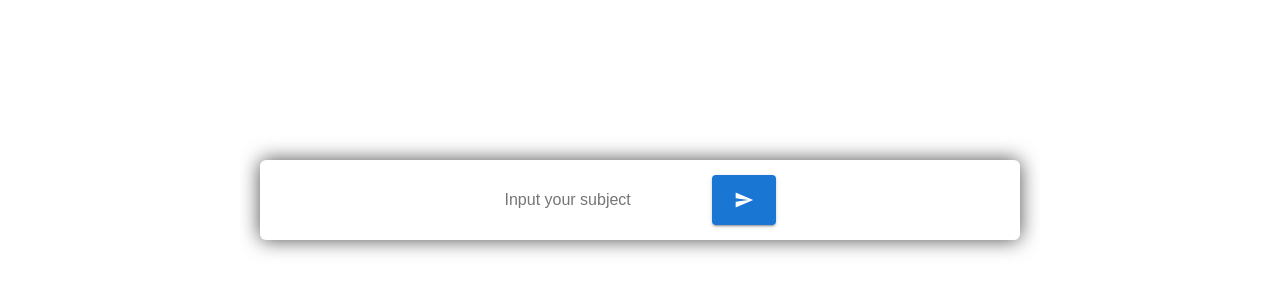
Repository: thienv29/todolist
Page: /
These files come from the project's save history. The page is drawn as it stood at one moment and after the next save; the edit follows.
The browser window is 1280 px wide. The pictures show the whole page.
The project was rebuilt for these pictures with package versions that can differ from the ones it lists, and the page was loaded fresh each time. Also part of the build but not shown: src/components/TodoEditing.js, src/components/Todo.js.

Above is the page before, as saved 2021-10-22 17:14:04.

### public/index.html
<!DOCTYPE html>
<html lang="en">
    <head>
        <meta charset="utf-8" />
        <link rel="icon" href="%PUBLIC_URL%/favicon.ico" />
        <meta name="viewport" content="width=device-width, initial-scale=1" />
        <meta name="theme-color" content="#000000" />
        <meta name="description" content="Web site created using create-react-app" />
        <link rel="apple-touch-icon" href="%PUBLIC_URL%/logo192.png" />
        <!--
      manifest.json provides metadata used when your web app is installed on a
      user's mobile device or desktop. See https://developers.google.com/web/fundamentals/web-app-manifest/
    -->
        <link rel="manifest" href="%PUBLIC_URL%/manifest.json" />
        <!--
      Notice the use of %PUBLIC_URL% in the tags above.
      It will be replaced with the URL of the `public` folder during the build.
      Only files inside the `public` folder can be referenced from the HTML.

      Unlike "/favicon.ico" or "favicon.ico", "%PUBLIC_URL%/favicon.ico" will
      work correctly both with client-side routing and a non-root public URL.
      Learn how to configure a non-root public URL by running `npm run build`.
    -->
        <link
            rel="stylesheet"
            href="https://fonts.googleapis.com/css?family=Roboto:300,400,500,700&display=swap"
        />
        <title>React App</title>
    </head>
    <body>
        <noscript>You need to enable JavaScript to run this app.</noscript>
        <div id="root"></div>
        <!--
      This HTML file is a template.
      If you open it directly in the browser, you will see an empty page.

      You can add webfonts, meta tags, or analytics to this file.
      The build step will place the bundled scripts into the <body> tag.

      To begin the development, run `npm start` or `yarn start`.
      To create a production bundle, use `npm run build` or `yarn build`.
    --></body>
</html>

### src/index.js
import React from "react";
import ReactDOM from "react-dom";
import App from "./App";
import "./style.scss";
import store from "./redux/store";
import { Provider } from "react-redux";

ReactDOM.render(
    <Provider store={store}>
        <React.StrictMode>
            <App />
        </React.StrictMode>
    </Provider>,
    document.getElementById("root")
);

### src/App.js
import React from "react";
import TodoList from "./components/TodoList.js";
import Input from "./components/Input.js";
import {Toaster} from 'react-hot-toast'
import Grid from "@mui/material/Grid";
export default function App() {
    return (
        <Grid className="main">
            <Input />
            <TodoList />
                <Toaster position="top-center" reverseOrder={false} />
        </Grid>
    );
}

### src/style.scss
*{
    margin: 0;
    padding: 0;
    box-sizing: border-box;
    font-family: Arial, Helvetica, sans-serif;
}
body{
    width: 100%;
    height: 100vh;
    display: flex;
    justify-content: center;
}
.main{
    width: 800px;
    height: 100%;
    padding-top: 20%;
    padding-left: 20px;
    padding-right: 20px;
    overflow: hidden;
}
.todolist{
    transition: .5s ease-in ;
}
.inputTodo{
    width: 100%;
    background-color: white;
    height: 80px;
    position: relative;
    display: flex;
    justify-content: center;
    align-items: center;
    padding: 0px 20px;
    border-radius: 6px;
    box-shadow: 0px 0px 20px rgba($color: #000000, $alpha: 0.7);
    margin-bottom: 30px;
    .inputdiv{

        height: 100%;
    }
    .input{
        width: 100%;
        height: 100%;
        border: none;
        outline: none;
        font-size: medium;

    }
    .inputTime{
        position: absolute;
    }
    .MuiButton-root.MuiButton-contained.MuiButton-containedPrimary.MuiButton-sizeMedium.MuiButton-containedSizeMedium.MuiButtonBase-root.css-sghohy-MuiButtonBase-root-MuiButton-root{
        height: 50px;
    }
    .MuiButton-endIcon.MuiButton-iconSizeMedium.css-9tj150-MuiButton-endIcon{
        padding: 0;
        margin: 0;
    }
    .MuiGrid-root.MuiGrid-item.MuiGrid-grid-xs-2.css-a0vo9r-MuiGrid-root
    {
        text-align: right;
    }
}
.todo{
    width: 100%;
    height: 60px;
    background-color: white;
    margin: 10px 0px;
    display: flex;
    align-items: center;
    justify-content: space-between;
    padding: 0px 20px;
    box-shadow: 0px 0px 20px rgba($color: #000000, $alpha: 0.7);
    border-radius: 6px;
    .tododivleft{
        align-items: center;
        display: flex;
    }
}

.todo {
    transform: translateX(200%);
    animation:
        openspace .3s ease forwards,
        restored-item-animation .5s .3s cubic-bezier(.14,.25,.52,1.56) forwards;
}

@keyframes openspace {
    to {
        height: 60px;
    }
}

@keyframes restored-item-animation {
    0% {
        opacity: 0;
         transform: translateX(100%);
    }

    70% {
        opacity: 1;
        transform: translateX(-50px);
    }

    100% {
        opacity: 1;
        transform: translateX(0);
    }
}
.todo.removed-item {
    animation: removed-item-animation .6s cubic-bezier(.65,-0.02,.72,.29);
}

@keyframes removed-item-animation {
   0% {
        opacity: 1;
        transform: translateX(0);
    }

    30% {
        opacity: 1;
        transform: translateX(50px);
    }

    80% {
        opacity: 1;
        transform: translateX(-800px);
    }

    100% {
        opacity: 0;
        transform: translateX(-800px);
    }
}
.tododivright{
    display: flex;
    align-items: center;
}

### src/redux/store.js
import { createStore } from "redux";
import reducers from "./reducers";
const store = createStore(reducers)
export default store;

### src/components/TodoList.js
import React, {  useEffect } from "react";
import Todo from "./Todo.js";
import {  useSelector } from "react-redux";
import _ from "underscore";
import { saveList } from "../redux/actions/index.js";
import { useDispatch } from "react-redux";
export default function TodoList() {
    const ListTodo = useSelector((state) => state.listTodo, _.isEqual);
    const dispatch = useDispatch()
    useEffect(() => {
        console.log(ListTodo);
        dispatch(saveList())
    }, [ListTodo]);
    return (
        <div className='todolist'>
            {ListTodo.map((TodoChild) => {
                return (
                    <Todo key={TodoChild.id} Todo={TodoChild}  />
                );
            })}
        </div>
    );
}

### src/components/Input.js
import React from "react";
import DateTimePicker from "@mui/lab/DateTimePicker";
import TextField from "@mui/material/TextField";
import AdapterDateFns from "@mui/lab/AdapterDateFns";
import LocalizationProvider from "@mui/lab/LocalizationProvider";
import Grid from "@mui/material/Grid";
import Button from "@mui/material/Button";
import SendIcon from "@mui/icons-material/Send";
import { useDispatch } from "react-redux";
import { addElement } from "../redux/actions";

export default function Input() {
    const [valueNote, setValueNote] = React.useState({
        time: '',
        note: "",
    });
    const dispatch = useDispatch();

    const handleAddNote = () => {
        if (valueNote.note === "") {
        } else {
            dispatch(addElement(valueNote));
            setValueNote({
                ...valueNote,
                note: "",
            });
        }
    };

    return (
        <Grid className="inputTodo">
            <Grid item className='inputdiv' xs={6}>
                <input
                    type="text"
                    value={valueNote.note}
                    onChange={(e) => {
                        setValueNote({ ...valueNote, note: e.target.value });
                    }}
                    className="input"
                    placeholder="Input your subject"
                />
            </Grid>
            <Grid item xs={5}>
                <LocalizationProvider dateAdapter={AdapterDateFns}>
                    <DateTimePicker
                        className="inputTime"
                        label="Deadline"
                        value={valueNote.time}
                        onChange={(time) => {
                            setValueNote({ ...valueNote, time: time });
                        }}

                        renderInput={(params) => <TextField {...params} />}
                    />
                </LocalizationProvider>
            </Grid>
            <Grid item xs={1}>
                <Button
                    onClick={handleAddNote}
                    variant="contained"
                    endIcon={<SendIcon />}
                ></Button>
            </Grid>
        </Grid>
    );
}

### src/redux/reducers/index.js
import { combineReducers } from "redux";
import TodoListReducer from "./todolistReducer.js";
const reducers = combineReducers({
    listTodo: TodoListReducer,
});
export default reducers;

### src/redux/actions/index.js

export const setComplete = function (id,bool) {
    return {
        type: "SET_COMPLETE",
        data: {
            id,
            bool
        }
    };
};
export const deleteElement = function (id) {
    return {
        type: "DELETE_ELEMENT",
        data: id,
    };
};
export const addElement = function (element) {
    return {
        type: "ADD_ELEMENT",
        data: element,
    };
};
export const editElement = function (element) {
    return {
        type: "EDIT_ELEMENT",
        data: element,
    };
};
export const saveList = function () {
    return {
        type: "SAVE",
    };
};

export const reset = () => ({
    type: "RESET",
});

### src/redux/reducers/todolistReducer.js
import uuid from "react-uuid";
import toast from 'react-hot-toast';
export const initialState = JSON.parse(localStorage.getItem("listTodo") || "[]");
const TodoListReducer = (state = initialState, action) => {
    const tmp = [...state];
    switch (action.type) {
        case "SET_COMPLETE":
            tmp.forEach((e) => {
                if (e.id === action.data.id) {
                    e.isComplete = action.data.bool;
                }
            });
            return tmp;
        case "DELETE_ELEMENT":
            const removeIndex = tmp.findIndex((item) => item.id === action.data);
            tmp.splice(removeIndex, 1);
            return tmp;
        case "ADD_ELEMENT":
            const date2 = new Date();
            const date1 = new Date(action.data.time);
            const Difference_In_Time = date1.getTime() - date2.getTime();
            const Difference_In_Days = Math.floor(
                Difference_In_Time / (1000 * 3600 * 24)
            );
            if (Difference_In_Days>=0) {
                tmp.push({
                    Subject: action.data.note,
                    time: action.data.time,
                    id: uuid(),
                    isComplete: false,
                    remainingDays:Difference_In_Days
                });
            }else{
                toast.error('Ngày không hợp lệ')
            }

            tmp.sort((a,b) => {
              return a.remainingDays - b.remainingDays
            })

            return tmp;
        case "EDIT_ELEMENT":
            tmp.forEach((e) => {
                if (e.id === action.data.id) {
                    e.Subject = action.data.Subject;
                }
            });
            return tmp;
        case "SAVE":
            localStorage.setItem('listTodo',JSON.stringify(tmp))
            return tmp;
        case "RESET":
            return [];

        default:
            return state;
    }
};

export default TodoListReducer;

After the next save:
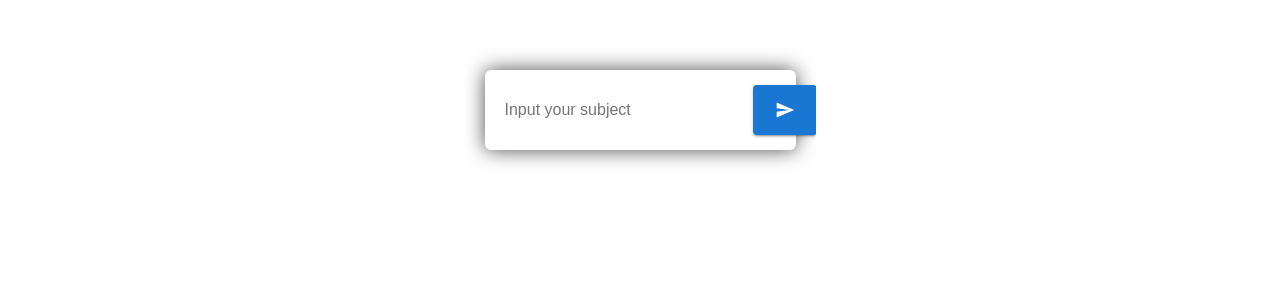
Saved 20 s later.
--- a/src/App.js
+++ b/src/App.js
@@ -5,7 +5,7 @@ import {Toaster} from 'react-hot-toast'
 import Grid from "@mui/material/Grid";
 export default function App() {
     return (
-        <Grid className="main">
+        <Grid container className="main">
             <Input />
             <TodoList />
                 <Toaster position="top-center" reverseOrder={false} />
